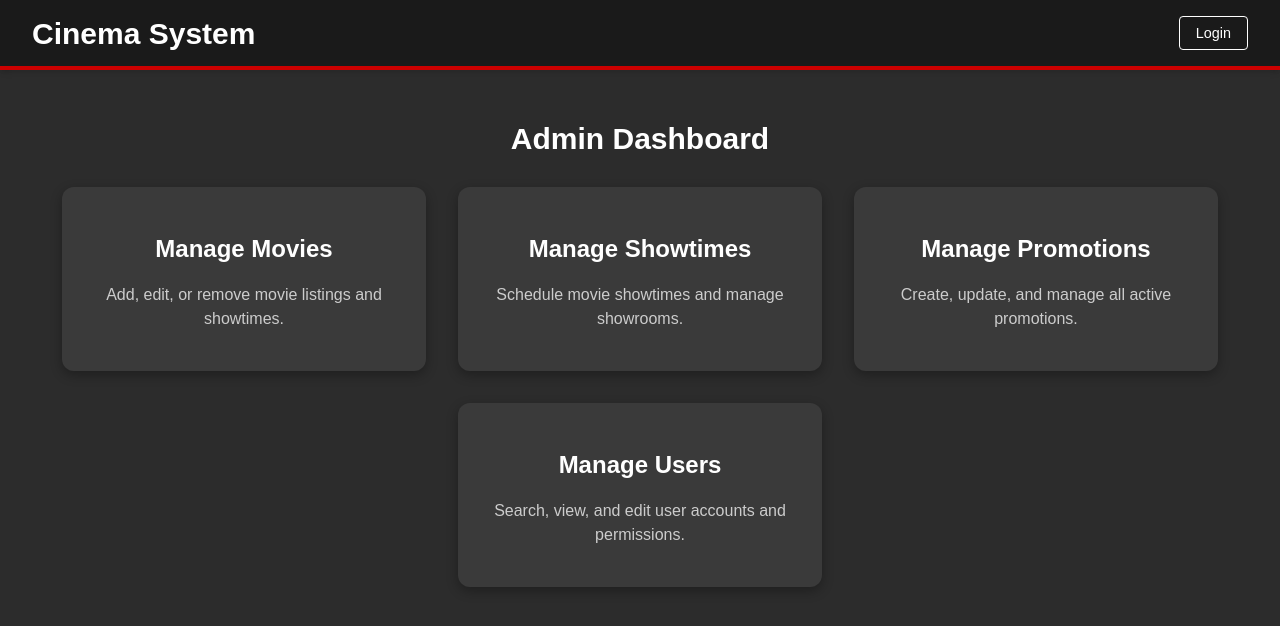
Repository: kaylaBond14/SE-Project
Page: / (app in cinema-ebooking-system/)
These files come from the project's save history. The page is drawn as it stood at one moment and after the next save; the edit follows.
The browser window is 1280 px wide. The pictures show the whole page.
The project was rebuilt for these pictures with package versions that can differ from the ones it lists, and the page was loaded fresh each time. Also part of the build but not shown: cinema-ebooking-system/vite.config.js, cinema-ebooking-system/src/components/MovieCard.jsx, cinema-ebooking-system/src/components/Homepage.jsx, cinema-ebooking-system/src/components/MovieDetail.jsx, cinema-ebooking-system/src/components/SeatingChart.jsx, cinema-ebooking-system/src/components/TicketSelection.jsx, cinema-ebooking-system/src/components/Booking.jsx, cinema-ebooking-system/src/components/AddressForm.jsx and 5 more.

Above is the page before, as saved 2025-11-10 11:56:09.

### cinema-ebooking-system/src/App.jsx
import React, { useState, useEffect } from 'react';
import HomeHeader from "./components/HomeHeader.jsx";
import Home from "./components/Homepage.jsx";
import MovieDetail from "./components/MovieDetail.jsx";
import Booking from "./components/Booking.jsx";
import Registration from "./components/Registration.jsx";
import EditProfile from './components/EditProfile.jsx';
import Login from './components/Login.jsx';
import ForgotPassword from './components/forgotpassword.jsx';
import ResetPassword from './components/resetpassword.jsx';


// ===== MOCK DATA (temporary — replace with API later) =====
const mockMovies = [
  { id: 1, title: "Inception", duration: 148, status: "NOW_PLAYING" },
  { id: 2, title: "Interstellar", duration: 169, status: "COMING_SOON" },
];
const mockShowrooms = ["Showroom 1", "Showroom 2", "Showroom 3"];
const mockPromotions = [
  { code: "NEWYEAR25", discount: 25, start: "2025-01-01", end: "2025-01-15" },
];
const mockUsers = [
  { email: "admin@cine.com", name: "Admin", role: "Admin", optIn: true },
  { email: "user@cine.com", name: "John Doe", role: "User", optIn: false },
];


// ===================== ADMIN DASHBOARD =====================
const AdminDashboard = ({ onNavigate }) => {
  const containerStyle = {
    display: 'flex',
    justifyContent: 'center',
    flexWrap: 'wrap',
    gap: '2rem',
    marginTop: '2rem'
  };
  const cardStyle = {
    backgroundColor: '#3a3a3a',
    padding: '1.5rem 2rem',
    borderRadius: '12px',
    width: '300px',
    boxShadow: '0 4px 12px rgba(0, 0, 0, 0.3)',
    cursor: 'pointer',
    transition: 'transform 0.2s'
  };
  const cardTitleStyle = {
    fontSize: '1.5rem',
    fontWeight: 'bold',
    marginBottom: '0.5rem'
  };
  const cardDescStyle = {
    fontSize: '1rem',
    color: '#ccc',
    minHeight: '40px'
  };

  return (
    <div style={{ padding: '2rem', textAlign: 'center' }}>
      <h1 style={{ fontSize: '1.875rem', fontWeight: 'bold' }}>Admin Dashboard</h1>
      <div style={containerStyle}>
        <div
          style={cardStyle}
          onClick={() => onNavigate('admin-movies')}
          onMouseOver={e => e.currentTarget.style.transform = 'scale(1.03)'}
          onMouseOut={e => e.currentTarget.style.transform = 'scale(1)'}
        >
          <h2 style={cardTitleStyle}>Manage Movies</h2>
          <p style={cardDescStyle}>Add, edit, or remove movie listings and showtimes.</p>
        </div>

        <div
          style={cardStyle}
          onClick={() => onNavigate('admin-showtimes')}
          onMouseOver={e => e.currentTarget.style.transform = 'scale(1.03)'}
          onMouseOut={e => e.currentTarget.style.transform = 'scale(1)'}
        >
          <h2 style={cardTitleStyle}>Manage Showtimes</h2>
          <p style={cardDescStyle}>Schedule movie showtimes and manage showrooms.</p>
        </div>

        <div
          style={cardStyle}
          onClick={() => onNavigate('admin-promotions')}
          onMouseOver={e => e.currentTarget.style.transform = 'scale(1.03)'}
          onMouseOut={e => e.currentTarget.style.transform = 'scale(1)'}
        >
          <h2 style={cardTitleStyle}>Manage Promotions</h2>
          <p style={cardDescStyle}>Create, update, and manage all active promotions.</p>
        </div>

        <div
          style={cardStyle}
          onClick={() => onNavigate('admin-users')}
          onMouseOver={e => e.currentTarget.style.transform = 'scale(1.03)'}
          onMouseOut={e => e.currentTarget.style.transform = 'scale(1)'}
        >
          <h2 style={cardTitleStyle}>Manage Users</h2>
          <p style={cardDescStyle}>Search, view, and edit user accounts and permissions.</p>
        </div>
      </div>
    </div>
  );
};


// ===== ADMIN SUB-PAGES =====

// 1️⃣ Manage Movies
// 1️⃣ Manage Movies (Dashboard-like layout)
const AdminMoviesPage = ({ onBack, onNavigate }) => {
  const [currentMode, setCurrentMode] = useState('menu'); // 'menu' or 'add'

  // Styles — same as AdminDashboard
  const containerStyle = {
    display: 'flex',
    justifyContent: 'center',
    flexWrap: 'wrap',
    gap: '2rem',
    marginTop: '2rem'
  };
  const cardStyle = {
    backgroundColor: '#3a3a3a',
    padding: '1.5rem 2rem',
    borderRadius: '12px',
    width: '300px',
    boxShadow: '0 4px 12px rgba(0, 0, 0, 0.3)',
    cursor: 'pointer',
    transition: 'transform 0.2s'
  };
  const cardTitleStyle = { fontSize: '1.5rem', fontWeight: 'bold', marginBottom: '0.5rem' };
  const cardDescStyle = { fontSize: '1rem', color: '#ccc', minHeight: '40px' };

  const handleAddSubmit = (e) => {
    e.preventDefault();
    const data = Object.fromEntries(new FormData(e.target));
    console.log("[DEBUG] Movie form submitted:", data);
    alert("Mock: Movie added successfully!");
  };

  // ====== MAIN RENDER ======
  if (currentMode === 'menu') {
    return (
      <div style={{ padding: '2rem', textAlign: 'center' }}>
        <button onClick={onBack} style={{ marginBottom: '1rem' }}>← Back to Dashboard</button>
        <h1 style={{ fontSize: '1.875rem', fontWeight: 'bold' }}>Manage Movies</h1>

        <div style={containerStyle}>
          {/* Add Movie */}
          <div
            style={cardStyle}
            onClick={() => setCurrentMode('add')}
            onMouseOver={e => e.currentTarget.style.transform = 'scale(1.03)'}
            onMouseOut={e => e.currentTarget.style.transform = 'scale(1)'}
          >
            <h2 style={cardTitleStyle}>Add Movie</h2>
            <p style={cardDescStyle}>Create a new movie with all required details.</p>
          </div>

          {/* Edit Movie */}
          <div
            style={cardStyle}
            onClick={() => alert("Edit Movie feature coming soon!")}
            onMouseOver={e => e.currentTarget.style.transform = 'scale(1.03)'}
            onMouseOut={e => e.currentTarget.style.transform = 'scale(1)'}
          >
            <h2 style={cardTitleStyle}>Edit Movie</h2>
            <p style={cardDescStyle}>Modify details of existing movies. (Coming soon)</p>
          </div>

          {/* Delete Movie */}
          <div
            style={cardStyle}
            onClick={() => alert("Delete Movie feature coming soon!")}
            onMouseOver={e => e.currentTarget.style.transform = 'scale(1.03)'}
            onMouseOut={e => e.currentTarget.style.transform = 'scale(1)'}
          >
            <h2 style={cardTitleStyle}>Delete Movie</h2>
            <p style={cardDescStyle}>Remove a movie from listings. (Coming soon)</p>
          </div>
        </div>
      </div>
    );
  }

  // ====== ADD MOVIE PAGE ======
  if (currentMode === 'add') {
    return (
      <div style={{ padding: '2rem' }}>
        <button onClick={() => setCurrentMode('menu')} style={{ marginBottom: '1rem' }}>
          ← Back to Manage Movies
        </button>
        <h2>Add Movie</h2>

        <form onSubmit={handleAddSubmit} style={{ maxWidth: '500px', marginTop: '1rem' }}>
          <label>Title*</label>
          <input name="title" required />
          <label>Description*</label>
          <textarea name="description" required rows={3} />
          <label>Genre(s)*</label>
          <input name="genres" required placeholder="e.g. Action, Drama" />
          <label>Duration (minutes)*</label>
          <input name="duration" type="number" required />
          <label>Rating*</label>
          <input name="rating" required />
          <label>Release Date*</label>
          <input name="releaseDate" type="date" required />
          <label>Poster URL*</label>
          <input name="posterUrl" type="url" required />
          <label>Status*</label>
          <select name="status" required>
            <option value="">Select status</option>
            <option value="NOW_PLAYING">Now Playing</option>
            <option value="COMING_SOON">Coming Soon</option>
          </select>
          <button type="submit" style={{ marginTop: '1rem' }}>Save Movie (Mock)</button>
        </form>

        <h3 style={{ marginTop: '2rem' }}>Existing Movies (Mock Data)</h3>
        <table style={{ width: '100%', marginTop: '0.5rem' }}>
          <thead><tr><th>Title</th><th>Duration</th><th>Status</th></tr></thead>
          <tbody>
            {mockMovies.map(m => (
              <tr key={m.id}><td>{m.title}</td><td>{m.duration} min</td><td>{m.status}</td></tr>
            ))}
          </tbody>
        </table>
      </div>
    );
  }
};



// 2️⃣ Manage Showtimes
const AdminShowtimesPage = ({ onBack }) => {
  const handleSubmit = (e) => {
    e.preventDefault();
    const data = Object.fromEntries(new FormData(e.target));
    console.log("[DEBUG] Showtime form submitted:", data);
    alert("Mock: Showtime scheduled!");
  };

  return (
    <div style={{ padding: '2rem' }}>
      <button onClick={onBack}>← Back to Dashboard</button>
      <h2>Schedule Movie Showtimes</h2>
      <form onSubmit={handleSubmit} style={{ maxWidth: '500px', marginTop: '1rem' }}>
        <label>Movie*</label>
        <select name="movie" required>
          <option value="">Select movie</option>
          {mockMovies.map(m => <option key={m.id}>{m.title}</option>)}
        </select>
        <label>Showroom*</label>
        <select name="showroom" required>
          <option value="">Select showroom</option>
          {mockShowrooms.map(r => <option key={r}>{r}</option>)}
        </select>
        <label>Date & Time*</label>
        <input name="datetime" type="datetime-local" required />
        <button type="submit">Schedule (Mock)</button>
      </form>
      <h3 style={{ marginTop: '2rem' }}>Existing Showtimes (Mock Data)</h3>
      <table style={{ width: '100%', marginTop: '0.5rem' }}>
        <thead><tr><th>Movie</th><th>Showroom</th><th>Date & Time</th></tr></thead>
        <tbody>
          <tr><td>Inception</td><td>Showroom 1</td><td>2025-11-06 19:30</td></tr>
        </tbody>
      </table>
      <div style={{ color: 'red', marginTop: '1rem' }}>No conflicts detected. (Mock)</div>
    </div>
  );
};


// 3️⃣ Manage Promotions
const AdminPromotionsPage = ({ onBack }) => {
  const handleCreatePromo = (e) => {
    e.preventDefault();
    const data = Object.fromEntries(new FormData(e.target));
    console.log("[DEBUG] Promotion created:", data);
    alert("Mock: Promotion saved!");
  };

  const handleSendPromo = (e) => {
    e.preventDefault();
    console.log("[DEBUG] Send promotion email to subscribed users.");
    alert("Mock: Promotion email sent!");
  };

  return (
    <div style={{ padding: '2rem' }}>
      <button onClick={onBack}>← Back to Dashboard</button>
      <h2>Manage Promotions</h2>
      <form onSubmit={handleCreatePromo} style={{ maxWidth: '500px', marginTop: '1rem' }}>
        <label>Promo Code*</label>
        <input name="code" required />
        <label>Discount %*</label>
        <input name="discount" type="number" min="1" max="100" required />
        <label>Start Date*</label>
        <input name="start" type="date" required />
        <label>End Date*</label>
        <input name="end" type="date" required />
        <button type="submit">Save Promotion (Mock)</button>
      </form>

      <h3 style={{ marginTop: '2rem' }}>Active Promotions (Mock Data)</h3>
      <ul>
        {mockPromotions.map(p => (
          <li key={p.code}>{p.code} — {p.discount}% ({p.start} → {p.end})</li>
        ))}
      </ul>

      <form onSubmit={handleSendPromo} style={{ marginTop: '2rem', maxWidth: '500px' }}>
        <h3>Email Promotion</h3>
        <label>Subject*</label>
        <input name="subject" required />
        <label>Body*</label>
        <textarea name="body" rows={3} required />
        <button type="submit">Send to Subscribed Users (Mock)</button>
      </form>
    </div>
  );
};


// 4️⃣ Manage Users
const AdminUsersPage = ({ onBack }) => (
  <div style={{ padding: '2rem' }}>
    <button onClick={onBack}>← Back to Dashboard</button>
    <h2>Manage Users</h2>
    <input type="text" placeholder="Search users..." style={{ margin: '1rem 0', padding: '0.5rem', width: '300px' }} />
    <table style={{ width: '100%', borderCollapse: 'collapse' }}>
      <thead><tr><th>Email</th><th>Name</th><th>Role</th><th>Opt-In</th></tr></thead>
      <tbody>
        {mockUsers.map(u => (
          <tr key={u.email}><td>{u.email}</td><td>{u.name}</td><td>{u.role}</td><td>{u.optIn ? "✅" : "❌"}</td></tr>
        ))}
      </tbody>
    </table>
  </div>
);
// ============================================================
// =============== MAIN APPLICATION FUNCTION ==================
export default function App() {

  // ===== Your existing local states =====
  const [currentPage, setCurrentPage] = useState('admin-dashboard');  // change back to 'home' after testing
  const [selectedMovie, setSelectedMovie] = useState(null);
  const [selectedShowtime, setSelectedShowtime] = useState(null);

  // Auth and user state
  const [isLoggedIn, setIsLoggedIn] = useState(false);
  const [currentUserId, setCurrentUserId] = useState(null);
  const [currentUser, setCurrentUser] = useState(null);

  // ====== Check for existing session on load ======
  useEffect(() => {
    const token = localStorage.getItem('jwtToken');
    const userId = localStorage.getItem('userId');
    if (token && userId) {
      console.log('Found existing session, fetching profile...');
      setIsLoggedIn(true);
      setCurrentUserId(userId);
    }
  }, []);

  // ====== Helper: auth headers ======
  const getAuthHeaders = (includeContentType = true) => {
    const token = localStorage.getItem('jwtToken');
    const headers = {};
    if (includeContentType) headers['Content-Type'] = 'application/json';
    if (token) headers['Authorization'] = `Bearer ${token}`;
    return headers;
  };

  // ====== Navigation Handlers ======
  const handleMovieSelect = (movie) => { setSelectedMovie(movie); setCurrentPage('movie-detail'); };
  const handleShowtimeSelect = (showtime) => { setSelectedShowtime(showtime); setCurrentPage('booking'); };
  const handleGoBackFromDetail = () => setCurrentPage('home');
  const handleGoBackFromBooking = () => setCurrentPage('movie-detail');
  const handleGoToRegister = () => setCurrentPage('registration');
  const handleGoBackFromRegistration = () => setCurrentPage('home');
  const handleGoToProfile = () => setCurrentPage('edit-profile');
  const handleGoBackFromProfile = () => setCurrentPage('home');

  // ===== LOGIN / LOGOUT =====
  const handleLoginClick = () => setCurrentPage('login');

  const handleLoginSuccess = (userData) => {
    setIsLoggedIn(true);
    setCurrentUserId(userData.userId);
    localStorage.setItem('userId', userData.userId);
    if (userData.role === 'Admin') setCurrentPage('admin-dashboard');
    else setCurrentPage('home');
  };

  const handleLogout = async () => {
    try {
      const userId = localStorage.getItem('userId');
      const token = localStorage.getItem('jwtToken');
      if (!userId) return;
      await fetch('api/users/logout', {
        method: 'POST',
        headers: { 'Content-Type': 'application/json', 'Authorization': `Bearer ${token}` },
        body: JSON.stringify({ userId: parseInt(userId) })
      });
      setIsLoggedIn(false);
      setCurrentUser(null);
      setCurrentUserId(null);
      localStorage.removeItem('jwtToken');
      localStorage.removeItem('userId');
      setCurrentPage('home');
      console.log("User logged out and session cleared.");
    } catch (error) { console.error("Error logging out:", error); }
  };

  // ===== FETCH PROFILE =====
  useEffect(() => { if (currentUserId) fetchUserProfile(currentUserId); }, [currentUserId]);

  const fetchUserProfile = async (id) => {
    try {
      const userResponse = await fetch(`/api/users/${id}/profile`, { method: 'GET', headers: getAuthHeaders(false) });
      if (!userResponse.ok) throw new Error('Failed to fetch user profile.');
      const userData = await userResponse.json();

      // Address & Cards
      let addressData = null;
      try {
        const addr = await fetch(`/api/users/${id}/address`, { method: 'GET', headers: getAuthHeaders(false) });
        if (addr.ok) addressData = await addr.json();
      } catch {}
      let cardsData = [];
      try {
        const cards = await fetch(`/api/users/${id}/cards`, { method: 'GET', headers: getAuthHeaders(false) });
        if (cards.ok) cardsData = await cards.json();
      } catch {}

      const fullUserData = { ...userData, address: addressData, paymentCards: cardsData };
      if (currentPage === 'home' && fullUserData.userTypeName === 'Admin') setCurrentPage('admin-dashboard');
      setCurrentUser(fullUserData);
    } catch (err) {
      console.error('Error fetching profile:', err);
      alert('Could not load user profile.');
    }
  };

  // ===== PROFILE UPDATE =====
  const formatAddressForAPI = (addr) => {
    if (!addr.street || !addr.city || !addr.state || !addr.zip) return null;
    return { label: "Home", street: addr.street, city: addr.city, state: addr.state, postalCode: addr.zip, country: "USA" };
  };

  const handleProfileUpdate = async (updatedData) => {
    if (!currentUser) return;
    const id = currentUser.id;
    let failed = false;

    try {
      const basics = {
        firstName: updatedData.firstName,
        lastName: updatedData.lastName,
        phone: updatedData.phone,
        promoOptIn: updatedData.promoOptIn,
      };
      const res = await fetch(`/api/users/${id}`, { method: 'PATCH', headers: getAuthHeaders(), body: JSON.stringify(basics) });
      if (!res.ok) throw new Error('Failed to update basics');
    } catch (e) { failed = true; alert('Error saving profile.'); }

    if (!failed && updatedData.newPassword) {
      try {
        const r = await fetch(`/api/users/${id}/change-password`, {
          method: 'POST', headers: getAuthHeaders(),
          body: JSON.stringify({ currentPassword: updatedData.currentPassword, newPassword: updatedData.newPassword })
        });
        if (!r.ok) throw new Error(await r.text());
      } catch (e) { failed = true; alert(`Password error: ${e.message}`); }
    }

    if (!failed && updatedData.homeAddress) {
      const formatted = formatAddressForAPI(updatedData.homeAddress);
      if (formatted) {
        try {
          const method = currentUser.address ? 'PATCH' : 'POST';
          const url = currentUser.address ? `/api/users/${id}/address/${currentUser.address.id}` : `/api/users/${id}/address`;
          const r = await fetch(url, { method, headers: getAuthHeaders(), body: JSON.stringify(formatted) });
          if (!r.ok) throw new Error('Address failed');
        } catch { failed = true; alert('Address update failed'); }
      }
    }

    if (!failed) { alert('Profile Saved!'); fetchUserProfile(id); setCurrentPage('home'); }
  };

  // ===== Render Page Logic =====
  const renderPage = () => {
    if (currentPage === 'home')
      return <Home onMovieSelect={handleMovieSelect} isLoggedIn={isLoggedIn} user={currentUser} />;
    else if (currentPage === 'movie-detail')
      return <MovieDetail movie={selectedMovie} onShowtimeSelect={handleShowtimeSelect} onGoBack={handleGoBackFromDetail} />;
    else if (currentPage === 'booking')
      return <Booking movie={selectedMovie} showtime={selectedShowtime} onGoBack={handleGoBackFromBooking} />;
    else if (currentPage === 'registration')
      return <Registration onGoBack={handleGoBackFromRegistration} />;
    else if (currentPage === 'edit-profile')
      return currentUser
        ? <EditProfile user={currentUser} onGoBack={handleGoBackFromProfile} onSave={handleProfileUpdate} />
        : <div style={{ padding: '2rem' }}>Loading profile...</div>;
    else if (currentPage === 'login')
      return <Login onLoginSuccess={handleLoginSuccess} onGoForgot={() => setCurrentPage('forgot-password')} onGoSignup={handleGoToRegister} />;
    else if (currentPage === 'forgot-password')
      return <ForgotPassword onGoBack={() => setCurrentPage('login')} />;
    else if (currentPage === 'admin-dashboard')
      return <AdminDashboard onNavigate={setCurrentPage} />;
    else if (currentPage === 'admin-movies')
      return <AdminMoviesPage onBack={() => setCurrentPage('admin-dashboard')} />;
    else if (currentPage === 'admin-showtimes')
      return <AdminShowtimesPage onBack={() => setCurrentPage('admin-dashboard')} />;
    else if (currentPage === 'admin-promotions')
      return <AdminPromotionsPage onBack={() => setCurrentPage('admin-dashboard')} />;
    else if (currentPage === 'admin-users')
      return <AdminUsersPage onBack={() => setCurrentPage('admin-dashboard')} />;
    else if (currentPage === 'reset-password')
      return <ResetPassword onGoBack={() => setCurrentPage('login')} />;
  };

  // ===== Styles =====
  const appStyle = { fontFamily: 'Arial, sans-serif', backgroundColor: '#2c2c2c', color: 'white', minHeight: '100vh' };

  return (
    <div style={appStyle}>
      <HomeHeader
        isLoggedIn={isLoggedIn}
        onLoginClick={handleLoginClick}
        onLogoutClick={handleLogout}
        onRegisterClick={handleGoToRegister}
        onProfileClick={handleGoToProfile}
      />
      {renderPage()}
    </div>
  );
}

Loaded but not shown: cinema-ebooking-system/index.html (common file); cinema-ebooking-system/src/main.jsx (common file); cinema-ebooking-system/src/index.css (common file); cinema-ebooking-system/src/components/Login.css (117 lines, source omitted); cinema-ebooking-system/src/components/HomeHeader.jsx (84 lines, source omitted)

After the next save:
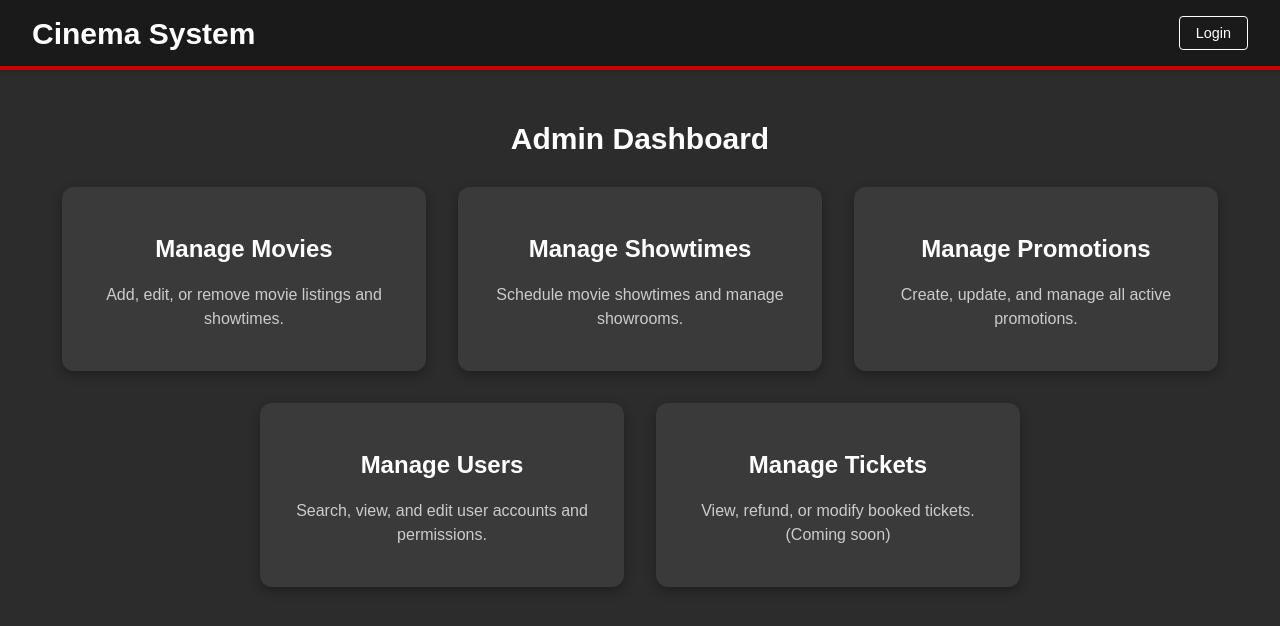
Saved 3 min 44 s later.
--- a/cinema-ebooking-system/src/App.jsx
+++ b/cinema-ebooking-system/src/App.jsx
@@ -26,6 +26,7 @@ const mockUsers = [
 
 
 // ===================== ADMIN DASHBOARD =====================
+// ===================== ADMIN DASHBOARD =====================
 const AdminDashboard = ({ onNavigate }) => {
   const containerStyle = {
     display: 'flex',
@@ -34,6 +35,7 @@ const AdminDashboard = ({ onNavigate }) => {
     gap: '2rem',
     marginTop: '2rem'
   };
+
   const cardStyle = {
     backgroundColor: '#3a3a3a',
     padding: '1.5rem 2rem',
@@ -43,11 +45,13 @@ const AdminDashboard = ({ onNavigate }) => {
     cursor: 'pointer',
     transition: 'transform 0.2s'
   };
+
   const cardTitleStyle = {
     fontSize: '1.5rem',
     fontWeight: 'bold',
     marginBottom: '0.5rem'
   };
+
   const cardDescStyle = {
     fontSize: '1rem',
     color: '#ccc',
@@ -57,7 +61,9 @@ const AdminDashboard = ({ onNavigate }) => {
   return (
     <div style={{ padding: '2rem', textAlign: 'center' }}>
       <h1 style={{ fontSize: '1.875rem', fontWeight: 'bold' }}>Admin Dashboard</h1>
+
       <div style={containerStyle}>
+        {/* Manage Movies Card */}
         <div
           style={cardStyle}
           onClick={() => onNavigate('admin-movies')}
@@ -68,6 +74,7 @@ const AdminDashboard = ({ onNavigate }) => {
           <p style={cardDescStyle}>Add, edit, or remove movie listings and showtimes.</p>
         </div>
 
+        {/* Manage Showtimes Card */}
         <div
           style={cardStyle}
           onClick={() => onNavigate('admin-showtimes')}
@@ -78,6 +85,7 @@ const AdminDashboard = ({ onNavigate }) => {
           <p style={cardDescStyle}>Schedule movie showtimes and manage showrooms.</p>
         </div>
 
+        {/* Manage Promotions Card */}
         <div
           style={cardStyle}
           onClick={() => onNavigate('admin-promotions')}
@@ -88,6 +96,7 @@ const AdminDashboard = ({ onNavigate }) => {
           <p style={cardDescStyle}>Create, update, and manage all active promotions.</p>
         </div>
 
+        {/* Manage Users Card */}
         <div
           style={cardStyle}
           onClick={() => onNavigate('admin-users')}
@@ -96,6 +105,17 @@ const AdminDashboard = ({ onNavigate }) => {
         >
           <h2 style={cardTitleStyle}>Manage Users</h2>
           <p style={cardDescStyle}>Search, view, and edit user accounts and permissions.</p>
+        </div>
+
+        {/* Manage Tickets Card (NEW) */}
+        <div
+          style={cardStyle}
+          onClick={() => alert('Manage Tickets feature coming soon!')}
+          onMouseOver={e => e.currentTarget.style.transform = 'scale(1.03)'}
+          onMouseOut={e => e.currentTarget.style.transform = 'scale(1)'}
+        >
+          <h2 style={cardTitleStyle}>Manage Tickets</h2>
+          <p style={cardDescStyle}>View, refund, or modify booked tickets. (Coming soon)</p>
         </div>
       </div>
     </div>
